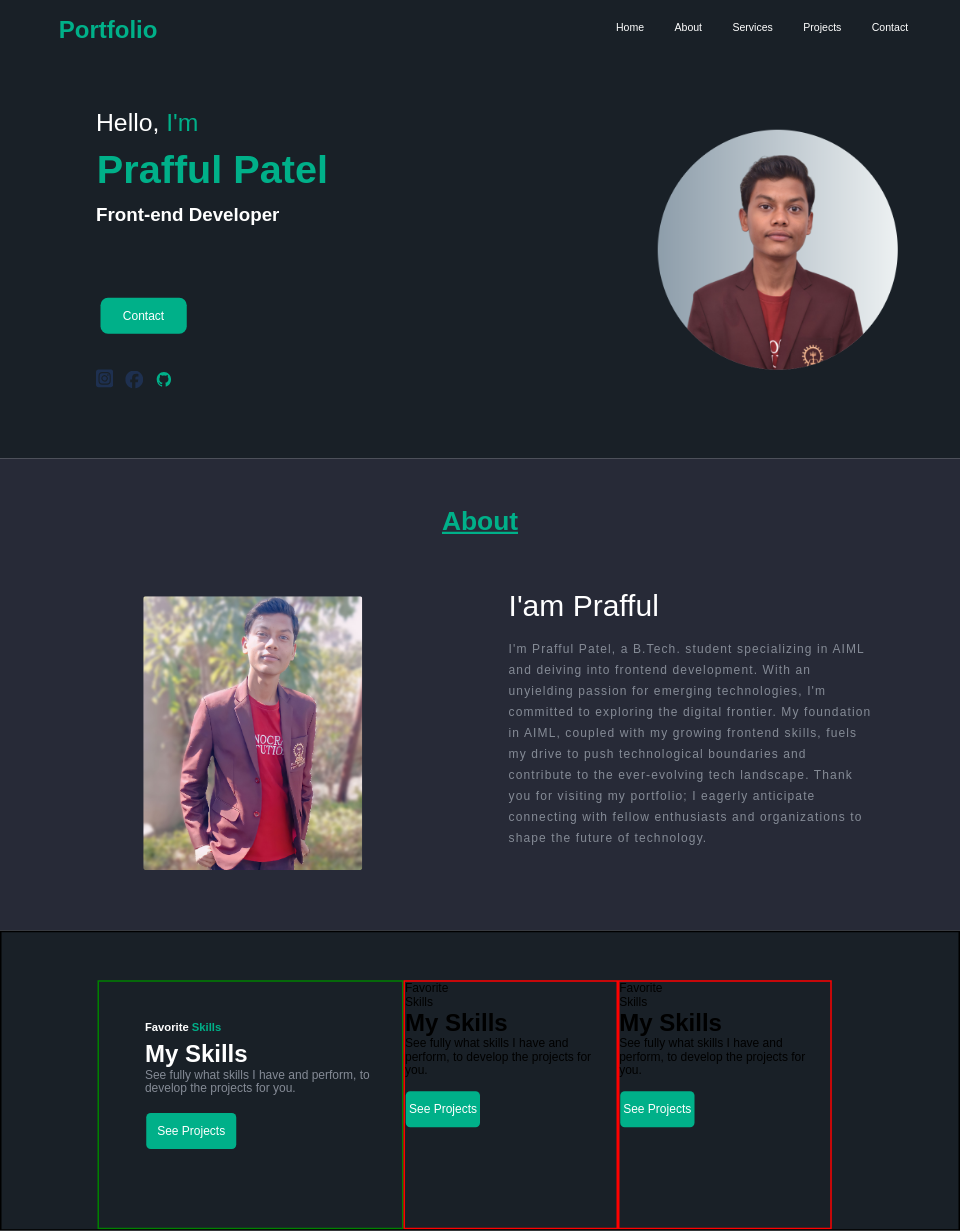
Repository: PraffulPatel27/Portfolio_2.0
Page: index.html
These files come from the project's save history. The page is drawn as it stood at one moment and after a run of saves; the edit follows.
The browser window is 1280 px wide. The pictures show the whole page, at 75% of full size.

Above is the page before, as saved 2024-01-01 16:09:49.

### index.html
<!DOCTYPE html>
<html lang="en">
<head>
    <meta charset="UTF-8">
    <meta name="viewport" content="width=device-width, initial-scale=1.0">
    <title>Portfolio website complete</title>
    <link rel="stylesheet" href="style.css">
</head>
<body>

  <div class="container-first">
    <!-- /*********************** nav bar **************************/ -->
        <nav class="header">
            <h1>Portfolio</h1>

            <div class="nav-bar">
                <ul>
                    <li class="c1">Home</li>
                    <li> <a id="unique" href="#about">About</a></li>
                    <li>Services</li>
                    <li>Projects</li>
                    <li>Contact</li>
                </ul>
            </div>

        </nav>
        <!-- <div class="head-1"></div> -->



    <!-- /*********************** Section - 1 **************************/ -->
    <div class="first-main-content">
      <div class="left-content">
        <!-- <h1> Hi, </h1> -->
        <p class="ch"> Hello, </p>
        <p class="ch" id="bl"> I'm  </p>
        <h1 id="name-author"> Prafful Patel</h1>
        <h1> Front-end Developer </h1>

        <button class="btn"> Contact </button>
        <div class="social">
            <img src="images/instagram.svg">
            <img src="images/facebook.svg">
            <img src="images/github.svg">
        </div>
    </div>

   <img class="pic" src="images/profile-pic-circle.png">
   </div>


    <!-- /*********************** Section - 2 **************************/ -->
    <div class="section-2">
            <p class="heading-about"> About </p>

        <div class="front-2_under">
            <div class="left-content">
                <img class="left-img" src="images/image-portfolio.jpg">
            </div>

            <div class="right-para" id="about">
                <p class="heading-2"> I'am Prafful </p>
                <p class="description"> I'm Prafful Patel, a B.Tech. student specializing in AIML and
                    deiving into frontend development. With an unyielding passion
                    for emerging technologies, I'm committed to exploring the
                    digital frontier. My foundation in AIML, coupled with my
                    growing frontend skills, fuels my drive to push technological
                    boundaries and contribute to the ever-evolving tech
                    landscape. Thank you for visiting my portfolio; I eagerly
                    anticipate connecting with fellow enthusiasts and
                    organizations to shape the future of technology. </p>
            </div>
        </div>

    </div>


    <!-- /*********************** Section - 3 **************************/ -->

    <div class="section-3">
        <div class="bx-1">
            <p class="sm" > Favorite </p>
            <p class="sm" id="fsm"> Skills</p>
            <h1> My Skills</h1>

            <p class="skills-info">See fully what skills I have and perform, to
                develop the projects for you.</p>
            <button class="see-project"> See Projects </button>
        </div>

        <div class="bx-2">
            <p> Favorite </p>
            <p> Skills</p>
            <h1> My Skills</h1>

            <p>See fully what skills I have and perform, to
                develop the projects for you.</p>
            <button class="see-project"> See Projects </button>
        </div>

        <div class="bx-2">
            <p> Favorite </p>
            <p> Skills</p>
            <h1> My Skills</h1>

            <p class="skills-message">See fully what skills I have and perform, to
                develop the projects for you.</p>
            <button class="see-project"> See Projects </button>
        </div>
    </div>



    <!-- <footer>
            <h4 class="f-h4"> Prafful </h4>
            <div class="fimg">
                <img class="fb" src="images/faceb.png">
                <img class="ins" src="images/instagram-logo.png">
                <img class="lid" src="images/linkedin (1).png">
                <img class="git" src="images/github (1).png">
            </div>
            <h3 class="f-h3"> Terms of Use . Privacy Policy </h3>
            <p class="fp"> © 2023 copyright all right reserved </p>
    </footer> -->

  </div>

</body>
</html>

### style.css
* {
    margin: 0;
    padding: 0;
    box-sizing: border-box;
    font-family: 'Poppins' , sans-serif;
    scroll-behavior: smooth;
    overflow-x: hidden;
}
.container-first {
    display: flex;
    flex-direction: column;
    flex-wrap: wrap;
    width: 100vw;
    align-items: center;
}
.main-con {
    margin-left: 10%;
    margin-right: 10%;
}

/*********************** Nav bar **************************/
.header {
    min-height: 90%;
    width: 100%;
    background-position: center;
    background-size: cover;
    position: relative;
    background-color: #192027;
    color: #fff;
}
nav {
    display: flex;
    padding: 1.6% 4%;
    align-items: center;
    justify-content: center;
}
.nav-bar {
    flex: 1;
    text-align: right;
}
.nav-bar ul li {
    list-style: none;
    display: inline-block;
    padding: 8px 18px;
    position: relative;
    /* font-weight: bold; */
    cursor: pointer;
    font-size: 0.88rem;
}
#unique {
    text-decoration: none;
    color: #fff;
}
#unique:hover {
    color: #00B089;
}
.nav-bar ul li::after  {
    content: '';
    width: 0%;
    height: 3.5px;
    background-color: #00B089;
    display: block;
    margin: auto;
    transition: 0.80s;
}
.nav-bar ul li:hover::after {
    width: 100%;
}
.nav-bar ul li:hover {
    color: #00B089;
}
nav h1 {
    font-size: 2rem;
    color: #00B089;
    margin-left: 1.7rem;
}

/*********************** Section - 1 **************************/
.first-main-content {
    width: 100%;
    background-color: #192027;
    padding-bottom: 7%;
    display: flex;
    justify-content: space-evenly;
    align-items: center;
    flex-direction: row;
    flex-wrap: wrap;
    align-items: center;
    /* border: 2px solid black; */
}
/* .head-1 {
    margin-top: -1.2%;
    opacity: 0.1;
    border: 0.8px solid black;
    width: 100%;
} */
.left-content {
    padding-top: 5%;
    padding-left: 10%;
    /* border: 2px solid black; */
}
.ch {
    display: inline;
    font-size: 33px;
    color: #fff;
}
#bl {
    color: #00B089;
}
#name-author {
    color: #00B089;
    margin-top: 1.2%;
    font-size: 3.3rem;
    margin-left: 0.1%;
}
.left-content h1 {
    line-height: 60px;
    color: #fff;
    font-size: 25px;
}
.btn {
    width: 10%;
    height: 3rem;
    margin-top: 7%;
    margin-left: 0.5%;
    border-radius: 10px;
    background: #00B089;
    border: none;
    cursor: pointer;
    color: white;
    font-size: 1rem;
    text-align: center;
}
.btn:hover {
    box-shadow: 0px 0px 30px #00B089;
    transition: 0.2s;
}
.social {
    margin-top: 4%;
    margin-left: -1%;
    /* border: 2px solid black; */
}
.social img {
    width: 3%;
    padding-left: 1%;
    cursor: pointer;
    /* background: none; */
}
.social img:hover {
    color: #00B089;
}
.pic {
    width: 20rem;
    margin-top:5%;
    margin-right: -62%;
    flex-wrap: wrap;
    position: absolute;
}

/*********************** Section - 2 **************************/
.section-2 {
    width: 100%;
    flex-wrap: wrap;
    align-items: center;
    display: flex;
    position: none;
    justify-content: space-evenly;
    background-color: #272A37;
    /* border: 2px solid red; */
}
.heading-about {
    text-align: center;
    margin-top: 5%;
    color: #00B089;
    font-size: 2.2rem;
    font-weight: 700;
    text-decoration: underline;
}
.front-2_under {
    display: flex;
    flex-direction: row;
    justify-content: space-evenly;
    align-items: center;
    margin-top: 2%;
    margin-left: 6.5%;
    margin-right: 9%;
    margin-bottom: 6%;
    /* border: 2px solid red; */
}
.left-content {
    flex: 1;
}
.left-content .left-img {
    width: 60%;
    max-width: 100%;
    height: auto;
    border-radius: 1%;
}
.right-para {
    flex: 1;
}
.heading-2 {
    font-size: 2.5rem;
    line-height: 70px;
    color: #fff;
}
.description {
    color: #858B96;
    letter-spacing: 1.5px;
    line-height: 28px;
    margin-top: 2%;
}

 /*********************** Section - 3 **************************/
 .section-3 {
    height: 25rem;
    padding-top: 5%;
    flex-wrap: wrap;
    display: flex;
    /* flex-direction: row; */
    padding-left: 10%;
    padding-right: 10%;
    background-color: #192027;
    border: 2px solid black;
}
.sm {
    color: #fff;
    display: inline;
    font-weight: 700;
    font-size: 15px;
}
#fsm {
    color: #00B089;
}
.bx-1 h1 {
    margin-top: 2.8%;
    color: #fff;
}
.skills-info {
    color: #858B96;
}
.bx-1 {
    border: 2px solid green;
    width: 40%;
    padding-top: 5%;
    padding-left: 6%;
}
.see-project {
    width: 35%;
    height: 3rem;
    margin-top: 7%;
    margin-left: 0.5%;
    border-radius: 6px;
    background: #00B089;
    border: none;
    cursor: pointer;
    color: white;
    font-size: 1rem;
    text-align: center;
}
.see-project:hover {
    box-shadow: 0px 0px 30px #00B089;
    transition: 0.2s;
}
.bx-2 {
    border: 2px solid red;
    width: 28%;
}

After the next 3 saves:
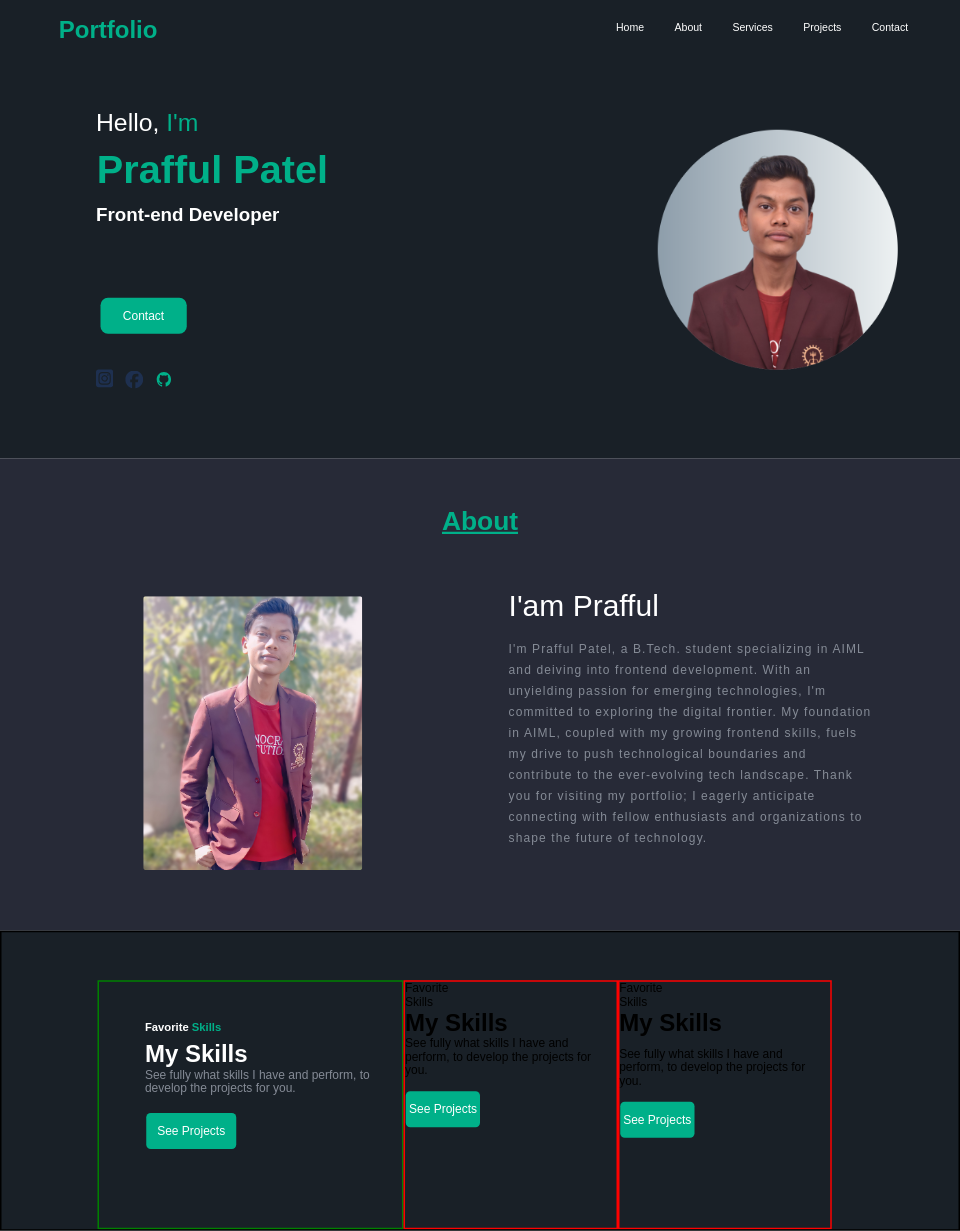
The 3 saves are shown as one change because they came seconds apart.
The last was saved 16 s later.
--- a/style.css
+++ b/style.css
@@ -245,6 +245,9 @@
     padding-top: 5%;
     padding-left: 6%;
 }
+.skills-message {
+    margin-top: 5%;
+}
 .see-project {
     width: 35%;
     height: 3rem;

After the 3 saves that followed:
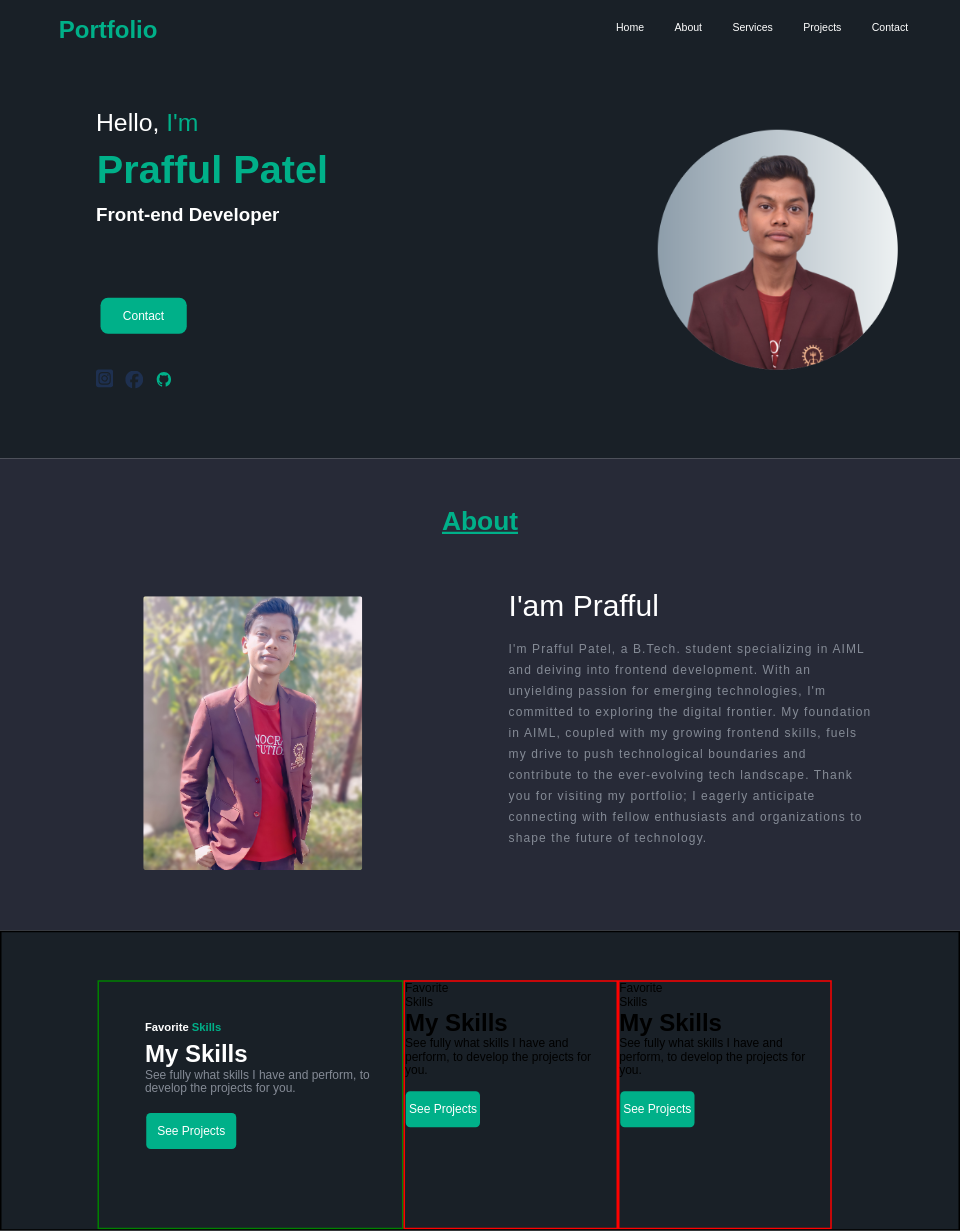
The 3 saves are shown as one change because 1 left the picture as it was and some came seconds apart.
The last was saved 59 s later.
--- a/index.html
+++ b/index.html
@@ -103,7 +103,7 @@
             <p> Skills</p>
             <h1> My Skills</h1>
 
-            <p class="skills-message">See fully what skills I have and perform, to
+            <p >See fully what skills I have and perform, to
                 develop the projects for you.</p>
             <button class="see-project"> See Projects </button>
         </div>
